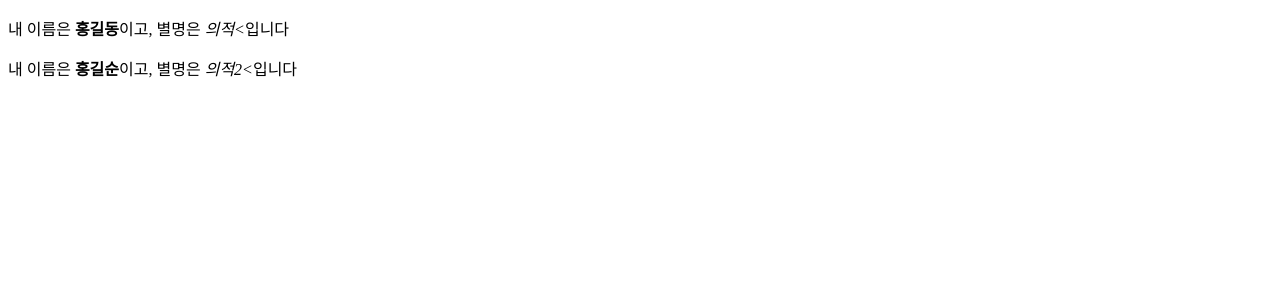
Repository: chopilyeon/JavaWeb
Page: LectureWeb/src/main/webapp/jquery/exam03.html
The author's editor kept a copy of each file at every save. The page is drawn from the files as they stood at one save, then again after the next save.
The browser window is 1280 px wide. The pictures show the whole page.

Above is the page before, as saved 2022-05-30 06:45:45.

After the next save:
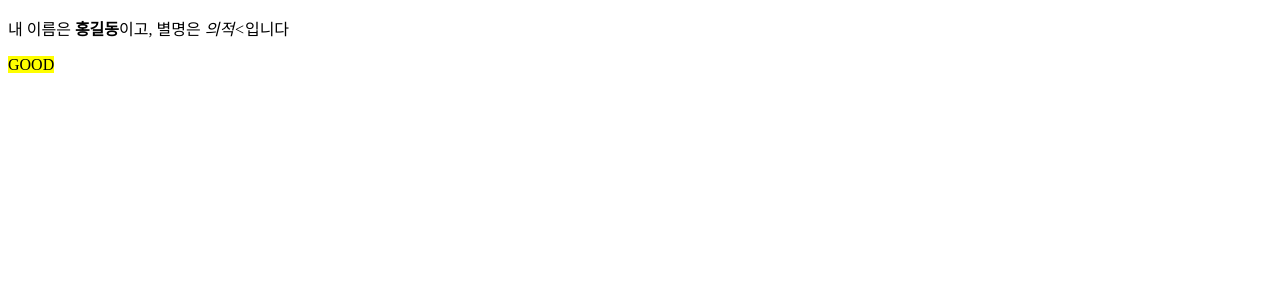
Saved 65 s later.
--- a/LectureWeb/src/main/webapp/jquery/exam03.html
+++ b/LectureWeb/src/main/webapp/jquery/exam03.html
@@ -12,8 +12,11 @@ $(document).ready(function(){
   let pTags = document.getElementsByTagName("p")
   let html = pTags[0].innerHTML
   let text = pTags[0].innerText
+
+
+  pTags[1].innerHTML='<mark>GOOD</mark>'
   alert('html : ' + html)
-  alert('html : ' + html + '\ntext:'+text)
+  alert('html : ' + html + '\ntext:' +text)
 })
 </script>
 
